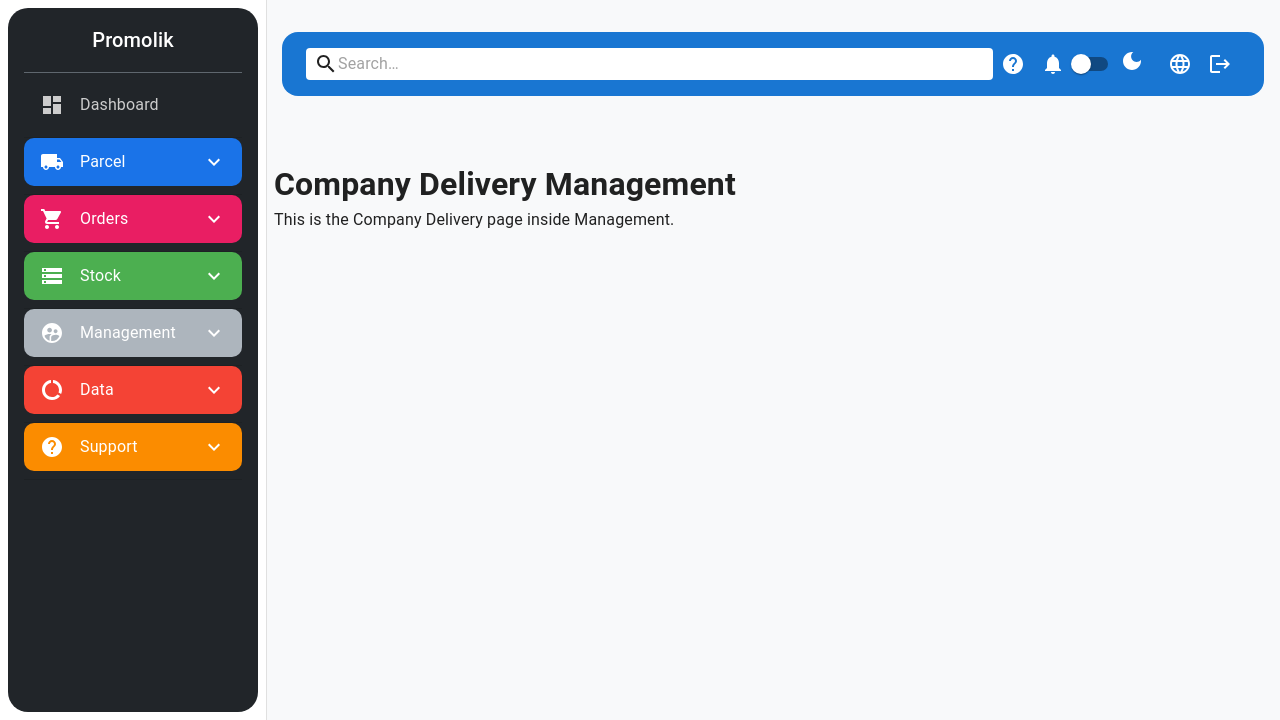
Repository: yosrjdly/stk
Page: /parcel/statistical (app in dashboard/)
An editor plug-in stored every save of this project. The page is shown before and after the next save, followed by the edit.
The browser window is 1280 px wide. The pictures show the whole page.
The project was rebuilt for these pictures with package versions that can differ from the ones it lists, and the page was loaded fresh each time. The framework's server and built-in components were replaced by stand-ins that run in the browser. Also part of the build but not shown: dashboard/next.config.ts.

Above is the page before, as saved 2025-02-14 19:00:54.

### dashboard/src/app/parcel/statistical/page.tsx
import Layout from "../../dashboard/Layout";

export default function CompanyDelivery() {
  return (
    <Layout>
      <h1>Company Delivery Management</h1>
      <p>This is the Company Delivery page inside Management.</p>
    </Layout>
  );
}

### dashboard/src/app/dashboard/Layout.tsx
"use client";

import { Box, CssBaseline, Toolbar } from "@mui/material";
import Sidebar from "../../componenets/sidebar/SideBar";
import Navbar from "../../componenets/navbar/Navbar"; // Assuming you have a Navbar component
import { ReactNode } from "react";

interface LayoutProps {
  children: ReactNode;
}

export default function Layout({ children }: LayoutProps) {
  return (
    <Box sx={{ display: "flex" }}>
      <CssBaseline />

      {/* Sidebar (Permanent) */}
      <Sidebar />

      {/* Main Content Area */}
      <Box
        component="main"
        sx={{

          flexGrow: 1,
          p: 3,
          width: `calc(100% - 250px)`, // Adjusting main content width to fit sidebar
          backgroundColor: "#f8f9fa",
          minHeight: "100vh",
        }}
      >
        {/* Navbar */}
        <Navbar />

        {/* Page Content */}
        <Toolbar /> {/* Keeps content from being hidden behind Navbar */}
        {children}
      </Box>
    </Box>
  );
}

### dashboard/src/componenets/sidebar/SideBar.tsx
"use client";

import { useState } from "react";
import { useRouter, usePathname } from "next/navigation";
import {
  Drawer,
  List,
  ListItemButton,
  ListItemText,
  Collapse,
  Divider,
  Typography,
  Box,
  IconButton,
} from "@mui/material";
import { ExpandLess, ExpandMore, Brightness4, Brightness7 } from "@mui/icons-material";
import DashboardIcon from '@mui/icons-material/Dashboard';
import LocalShippingIcon from '@mui/icons-material/LocalShipping';
import ShoppingCartIcon from '@mui/icons-material/ShoppingCart';
import StorageIcon from '@mui/icons-material/Storage';
import SupervisedUserCircleIcon from '@mui/icons-material/SupervisedUserCircle';
import DataUsageIcon from '@mui/icons-material/DataUsage';
import HelpIcon from '@mui/icons-material/Help';

const menuItems = [
  {
    title: "Dashboard",
    path: "/dashboard",
    color: "#6c757d",
    icon: <DashboardIcon />,
  },
  {
    title: "Parcel",
    subItems: [
      { title: "Statistique", path: "/parcel/statistical" },

      { title: "Exchange List", path: "/dashboard/parcel/exchangeList" },
      { title: "Exchange Return", path: "/dashboard/parcel/exchangeReturn" },
      { title: "Exchange Creation", path: "/dashboard/parcel/exchangeCreation" },
      { title: "Package Creation", path: "/dashboard/parcel/packageCreation" },
      { title: "Package Edit", path: "/dashboard/parcel/packageEdit" },
      { title: "Package List", path: "/dashboard/parcel/packageList" },
      { title: "Parcel Return", path: "/dashboard/parcel/parcelReturn" },

    ],
    color: "#1a73e8",
    icon: <LocalShippingIcon />,
  },
  {
    title: "Orders",
    subItems: [
      { title: "Cash Sale", path: "/dashboard/orders/cashSale" },
      { title: "Orders", path: "/dashboard/orders/orders" },
    ],
    color: "#e91e63",
    icon: <ShoppingCartIcon />,
  },
  {
    title: "Stock",
    subItems: [
      { title: "Add Article", path: "/dashboard/stock/addArticle" },
      { title: "Entred Stock", path: "/dashboard/stock/entredStock" },
      { title: "Notification", path: "/dashboard/stock/notification" },
      { title: "Stock", path: "/dashboard/stock/stock" },
    ],
    color: "#4caf50",
    icon: <StorageIcon />,
  },
  {
    title: "Management",
    subItems: [
      { title: "Delivery Company", path: "/manegement/deliveryCompany" },
      { title: "Profile", path: "/dashboard/management/profile" },
      { title: "Profit", path: "/dashboard/management/profit" },
      { title: "Spending", path: "/dashboard/management/spending" },
      { title: "User", path: "/dashboard/management/user" },
    ],
    color: "#adb5bd",
    icon: <SupervisedUserCircleIcon />,
  },
  {
    title: "Data",
    subItems: [
      { title: "Archived Parcel", path: "/dashboard/data/archivedParcel" },
      { title: "Command Deleted", path: "/dashboard/data/commandDeleted" },
      { title: "Deleted Parcel", path: "/dashboard/data/deletedParcel" },
      { title: "Inventory Removed", path: "/dashboard/data/inventoryRemoved" },
    ],
    color: "#f44335",
    icon: <DataUsageIcon />,
  },
  {
    title: "Support",
    subItems: [
      { title: "About Us", path: "/dashboard/support/aboutUs" },
      { title: "Claims", path: "/dashboard/support/claims" },
      { title: "User Guide", path: "/dashboard/support/userGuide" },
    ],
    color: "#fb8c00",
    icon: <HelpIcon />,
  },
];

export default function Sidebar() {
  const router = useRouter();
  const pathname = usePathname();
  const [openSections, setOpenSections] = useState<Record<string, boolean>>({});

  const toggleSection = (title: string) => {
    setOpenSections((prev) => ({
      ...prev,
      [title]: !prev[title],
    }));
  };

  return (
    <Drawer variant="permanent" sx={{ width: 250, flexShrink: 0, marginTop: 2 }}>
      <Box sx={{ height: "100%", width: 250, padding: 2, backgroundColor: "#212529", borderRadius: 5, margin: 1 }}>
        <Typography variant="h6" sx={{ color: "white", textAlign: "center", mb: 2 }}>
          Promolik
        </Typography>
        <Divider sx={{ backgroundColor: "#6c757d" }} />
        <List>
          {menuItems.map((item, index) => {
            const isParentActive = item.subItems?.some((subItem) => pathname === subItem.path);

            return (
              <div key={index}>
                {item.subItems ? (
                  <>
                    <ListItemButton
                      sx={{
                        backgroundColor: item.color,
                        borderRadius: "10px",
                        marginBottom: 1,
                        color: "white",
                      }}
                      onClick={() => toggleSection(item.title)}
                    >
                      {item.icon}
                      <ListItemText primary={item.title} sx={{ ml: 2 }} />
                      {openSections[item.title] ? <ExpandLess /> : <ExpandMore />}
                    </ListItemButton>
                    <Collapse in={openSections[item.title]} timeout="auto" unmountOnExit>
                      <List component="div" disablePadding>
                        {item.subItems.map((subItem, subIndex) => (
                          <ListItemButton
                            key={subIndex}
                            sx={{
                              pl: 4,
                              backgroundColor: pathname === subItem.path ? item.color : "transparent",
                              borderRadius: pathname === subItem.path ? "10px" : "0px",
                              marginBottom: 1,
                              color: pathname === subItem.path ? "white" : "#ccc",
                            }}
                            onClick={() => router.push(subItem.path)}
                          >
                            <ListItemText primary={subItem.title} />
                          </ListItemButton>
                        ))}
                      </List>
                    </Collapse>
                  </>
                ) : (
                  <ListItemButton
                    sx={{
                      backgroundColor: pathname === item.path ? item.color : "transparent",
                      borderRadius: pathname === item.path ? "10px" : "0px",
                      marginBottom: 1,
                      color: pathname === item.path ? "white" : "#ccc",
                    }}
                    onClick={() => router.push(item.path)}
                  >
                    {item.icon}
                    <ListItemText primary={item.title} sx={{ ml: 2 }} />
                  </ListItemButton>
                )}
                <Divider />
              </div>
            );
          })}
        </List>
      </Box>
    </Drawer>
  );
}

### dashboard/src/componenets/navbar/Navbar.tsx
'use client';

import React, { useState } from 'react';
import { AppBar, Toolbar, IconButton, InputBase, Menu, MenuItem, Switch, FormControlLabel } from '@mui/material';
import { Search as SearchIcon, Help as HelpIcon, Notifications as NotificationsIcon, Language as LanguageIcon, Logout as LogoutIcon, DarkMode as DarkModeIcon } from '@mui/icons-material';
import { useTheme } from '@mui/material/styles';

const Navbar = () => {
  const [anchorEl, setAnchorEl] = useState(null);
  const [themeMode, setThemeMode] = useState(false); // Dark mode state

  const theme = useTheme();

  const handleMenuOpen = (event) => {
    setAnchorEl(event.currentTarget);
  };

  const handleMenuClose = () => {
    setAnchorEl(null);
  };

  const toggleTheme = () => {
    setThemeMode((prev) => !prev);
    // You can add a theme switcher logic here (like changing the theme color)
  };

  return (
    <AppBar
      position="sticky"
      sx={{
        mx: 1,
        mt: 1,
        borderRadius: '16px',
        boxShadow: 'none',
        backdropFilter: 'blur(10ppx',
        zIndex: 1200,
      }}
    >
      <Toolbar>
        {/* Search Bar */}
        <InputBase
          placeholder="Search…"
          startAdornment={<SearchIcon />}
          sx={{ flexGrow: 1, backgroundColor: theme.palette.background.default, borderRadius: '4px', paddingLeft: '8px' }}
        />

        {/* Help Icon */}
        <IconButton color="inherit" onClick={handleMenuOpen}>
          <HelpIcon />
        </IconButton>

        {/* Notifications Icon */}
        <IconButton color="inherit">
          <NotificationsIcon />
        </IconButton>

        {/* Theme Switch */}
        <FormControlLabel
          control={<Switch checked={themeMode} onChange={toggleTheme} />}
          label={<DarkModeIcon />}
        />

        {/* Language Icon */}
        <IconButton color="inherit">
          <LanguageIcon />
        </IconButton>

        {/* Logout Icon */}
        <IconButton color="inherit">
          <LogoutIcon />
        </IconButton>
      </Toolbar>

      {/* Help Icon Menu */}
      <Menu
        anchorEl={anchorEl}
        open={Boolean(anchorEl)}
        onClose={handleMenuClose}
      >
        <MenuItem onClick={handleMenuClose}>Help Center</MenuItem>
        <MenuItem onClick={handleMenuClose}>Contact Support</MenuItem>
      </Menu>
    </AppBar>
  );
};

export default Navbar;

Loaded but not shown: dashboard/src/app/layout.tsx (common file); dashboard/src/app/globals.css (common file)

After the next save:
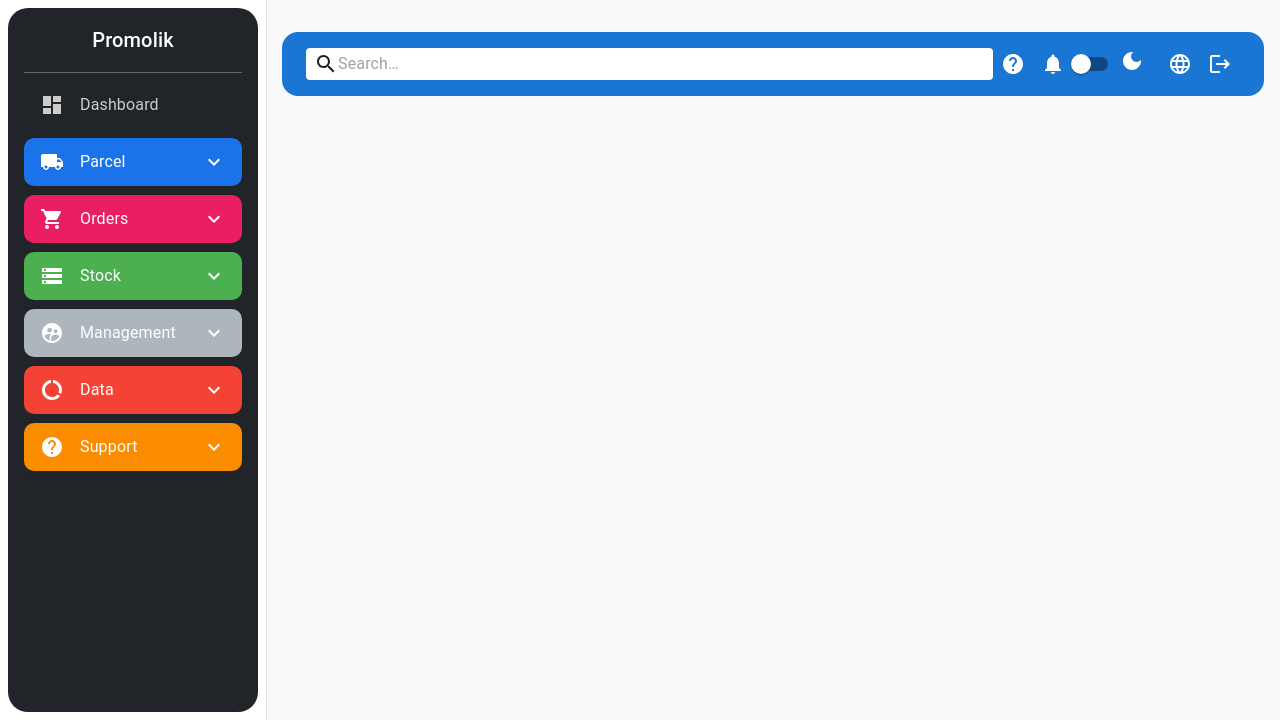
Saved 14 s later.
--- a/dashboard/src/app/parcel/statistical/page.tsx
+++ b/dashboard/src/app/parcel/statistical/page.tsx
@@ -3,8 +3,7 @@ import Layout from "../../dashboard/Layout";
 export default function CompanyDelivery() {
   return (
     <Layout>
-      <h1>Company Delivery Management</h1>
-      <p>This is the Company Delivery page inside Management.</p>
+
     </Layout>
   );
 }
